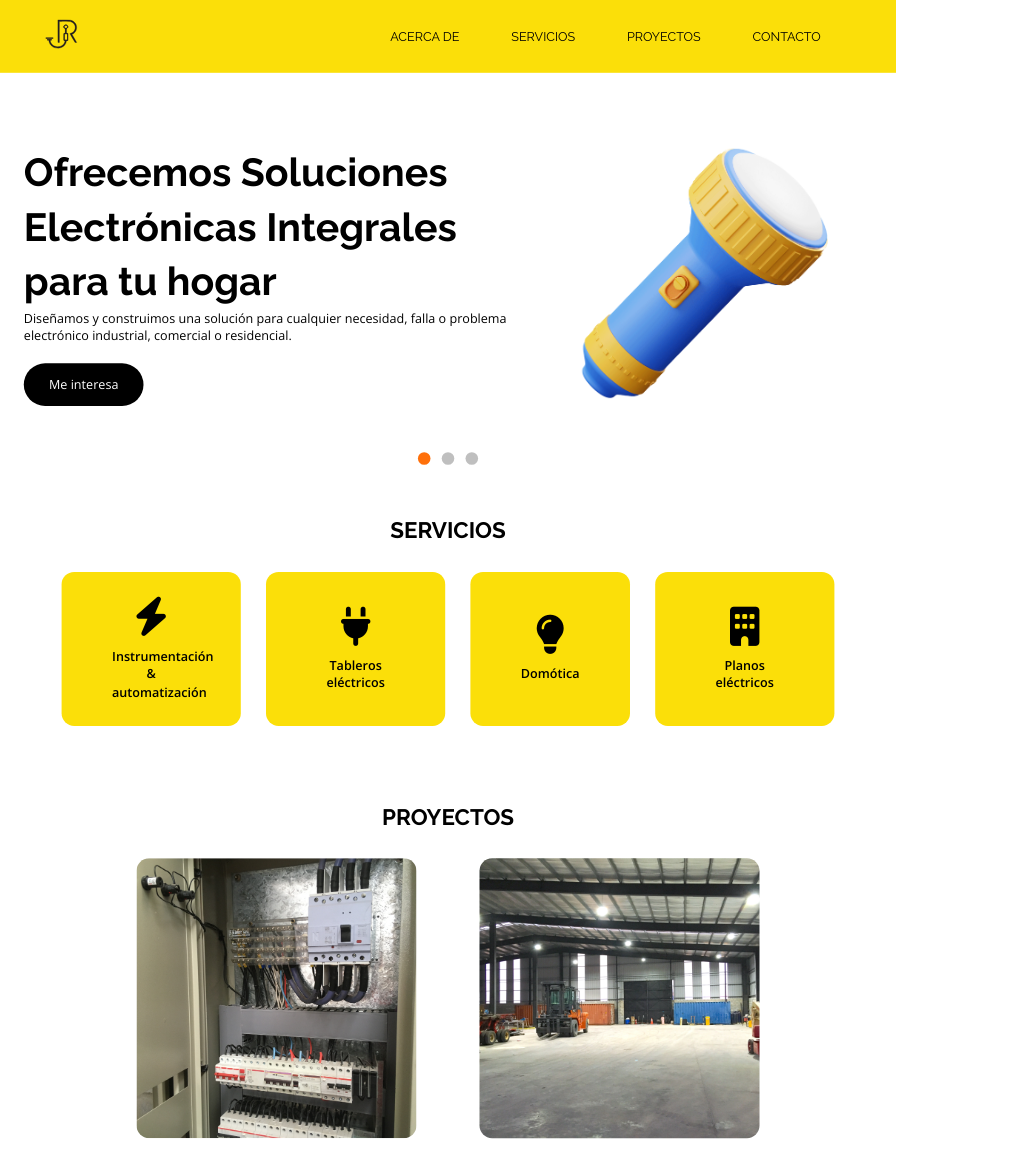
Repository: jeraldinnemg/rjelectronics
Page: index.html
These files come from the project's save history. The page is drawn as it stood at one moment and after the next save; the edit follows.
The browser window is 1280 px wide. The page is 1280 px wide, then 1444 px, then 1280 px, so the pictures cover 1444 px, including what lies to the right of the window. The pictures show the part of the page from y = 0 to 1680 px (the page is 2723 px tall before and 2736 px after), at 70% of full size.
Some web libraries are served in a nearby version.

Above is the page before, as saved 2022-07-27 21:27:18.

### index.html
<!DOCTYPE html>
<html lang="en">
<head>
    <meta charset="UTF-8">
    <meta http-equiv="X-UA-Compatible" content="IE=edge">
    <meta name="viewport" content="width=device-width, initial-scale=1.0">
    <link rel="shortcut icon" href="favicon.ico" type="image/x-icon">
    <!-- Google fonts -->
    <link rel="preconnect" href="https://fonts.googleapis.com">
    <link rel="preconnect" href="https://fonts.gstatic.com" crossorigin>
<link href="https://fonts.googleapis.com/css2?family=Open+Sans:wght@300;400;500;600&family=Raleway:wght@300;400;500;600;700;800&display=swap" rel="stylesheet">
<link rel="stylesheet" href="https://cdnjs.cloudflare.com/ajax/libs/font-awesome/6.1.1/css/all.min.css" integrity="sha512-KfkfwYDsLkIlwQp6LFnl8zNdLGxu9YAA1QvwINks4PhcElQSvqcyVLLD9aMhXd13uQjoXtEKNosOWaZqXgel0g==" crossorigin="anonymous" referrerpolicy="no-referrer" />
    <!-- Custom system -->
    <link rel="stylesheet" href="index.css">
    <script src="https://kit.fontawesome.com/05b8218d7f.js" crossorigin="anonymous"></script>


    <script src="navigation.js" defer></script>
    <script src="tabs.js" defer></script>

    <title>RJ Electronics</title>
</head>
<body>
    <header class="primary-header flex">
            <a href="#">
                <img class="logo" width="50px" height="50px"src="/img/logo.svg" alt="">
            </a>
            <button class="mobile-nav-toggle" aria-controls="primary-navigation"><span class="sr-only" aria-expanded="false">Menu</span></button>
            <nav >
                <ul class="primary-navigation flex" data-visible="false">
                    <li><a href="#" class="uppercase text-dark ff-serif">Acerca de</a></li>
                    <li><a href="#" class="uppercase text-dark ff-serif">Servicios</a></li>
                    <li><a href="#" class="uppercase text-dark ff-serif">Proyectos</a></li>
                    <li><a href="#" class="uppercase text-dark ff-serif">Contacto</a></li>
                </ul>
            </nav>
    </header>

    <main class="grid-container grid-container--home">
        <section class="hero">
            <div class="container flex">
                <!-- CTA-1 -->
                <article class="a-self" id="lampara-tab" role="tabpanel" tabindex="0">
                    <h1 class="ff-serif fs-700">Ofrecemos Soluciones Electrónicas Integrales para tu hogar</h1>
                    <p class="ff-sans fs-400">Diseñamos y construimos una solución para cualquier necesidad, falla o problema electrónico industrial, comercial o residencial.</p>
                    <a href="#" class="button"><span>Me interesa</span></a>
                </article>
                <!-- CTA-2 -->
                <article hidden class="a-self" id="destornillador-tab" role="tabpanel" tabindex="0">
                    <h2 class="ff-serif fs-700">Creamos espacios luminosos a tu medida</h2>
                    <p class="ff-sans fs-400">Nos encargamos de calcular los lumens necesarios para que obtengas un espacio con luz de calidad.</p>
                    <a href="#" class="button"><span>Ver más</span></a>
                </article>
                <!-- CTA-3 -->
                <article hidden class="a-self" id="interruptor-tab" role="tabpanel" tabindex="0">
                    <h2 class="ff-serif fs-700">Creamos ambientes inteligentes</h2>
                    <p class="ff-sans fs-400">Nos encargamos de automatizar espacios y lugares de manera fácil y rápida.</p>
                    <a href="#" class="button"><span>Me interesa</span></a>
                </article>
                <picture class= "hero__image" id="lampara-image">
                    <img src="/img/lampara.png" alt="lampara" >
                </picture>
                <picture class= "hero__image" hidden id="destornillador-image">
                    <img src="/img/destornillador.png" alt="destornillador">
                </picture>
                <picture class= "hero__image" hidden id="interruptor-image">
                    <img src="/img/interruptor.png" alt="interruptor">
                </picture>
            </div>
            <!-- Dots -->
            <div class="dot-indicators flex" role="tablist" aria-label="services list">
                <button aria-selected="true" aria-controls="lampara-tab" data-image="lampara-image" role="tab" tabindex="0"><span class="sr-only">Lampara</span></button>
                <button aria-selected="false" aria-controls="destornillador-tab" data-image="destornillador-image" role="tab" tabindex="-1"><span class="sr-only">destornillador</span></button>
                <button aria-selected="false" aria-controls="interruptor-tab" data-image="interruptor-image" role="tab" tabindex="-1"><span class="sr-only">Interruptor</span></button>
            </div>
        </section>

        <section class="services">
            <h2 class="ff-serif fs-600 uppercase">Servicios</h2>
            <div class="container">
                <article class="card flex">
                    <i class="fa-solid fa-bolt fs-700"></i>
                    <div class="card-body">
                        <h2 class="card-title fs-400">Instrumentación & automatización</h2>

                    </div>
                </article>
                <article class="card flex">
                    <i class="fa-solid fa-plug fs-700 "></i>
                    <div class="card-body">
                        <h2 class="card-title fs-400">Tableros eléctricos</h2>

                    </div>
                </article>
                <article class="card flex">
                    <i class="fa-solid fa-lightbulb fs-700"></i>
                    <div class="card-body">
                        <h2 class="card-title fs-400">Domótica</h2>

                    </div>
                </article>
                <article class="card flex">
                    <i class="fa-solid fa-building  fs-700"></i>
                    <div class="card-body">
                        <h2 class="card-title fs-400">Planos eléctricos</h2>

                    </div>
                </article>
        </div>
        </section>
        <section class="projects">
            <h2 class="ff-serif fs-600 uppercase">Proyectos</h2>
            <div class="projects-container grid-container">
                <article class="project" style="background-image: url('/img/servicio-electricidad.JPG')">
                    <div class="project-overlay">
                    <h2 class="overlay-text fs-600 uppercase" >Tablero eléctrico</h2>
                    </div>
                </article>
                <article class="project" style="background-image: url('/img/trabajos-iluminacion-galpon.JPG')">
                    <div class="project-overlay">
                        <h2 class="overlay-text fs-500 uppercase">Iluminación industrial</h2>
                    </div>
                </article>
                <article class="project" style="background-image: url('/img/iluminacion-oficinas.jpeg') ">
                    <div class="project-overlay">
                        <h2 class="overlay-text fs-500 uppercase">Iluminación de oficina</h2>
                    </div>
                </article>
                <article class="project" style="background-image: url('/img/servicios-domotica.jpg') ">
                    <div class="project-overlay">
                        <h2 class="overlay-text fs-500 uppercase">Domótica en casa</h2>
                    </div>
                </article>
        </div>
        </section>
        <section class="statics">
            <h2 class="ff-serif fs-600 uppercase">Nuestros números</h2>
            <div class="container flex" >
            <div>
                <span>+5</span>
                <p>Años de experiencia</p>
            </div>
            <div>
                <span>+40</span>
                <p>Proyectos terminados</p>
            </div>
            <div>
                <span>+20</span>
                <p>Clientes felices</p>
            </div>
        </div>
        </section>

    </main>


    <footer class="flex">
        <a href="#">
            <img class="logo" width="50px" height="50px"src="/img/logo.svg" alt="">
        </a>
        <div class="col">
            <h3>Contacto</h3>
                <p>hola@rjelectronic.com</p>
                <p>1150329541</p>
        </div>
        <div class="col">
            <h3>RRSS</h3>
                <p>hola@rjelectronic.com</p>
                <p>1150329541</p>
                <p>Content</p>
        </div>
    </footer>

</body>
</html>

### index.css
/* ----------------------- */
/* --Custom properties---- */
/* ----------------------- */

:root {
   /*colors*/
   --clr-dark: 0 0% 0%;
   --clr-main: 53 97% 51%;
   --clr-secondary: 25 100% 52%;
   --clr-white: 0 0% 100%;

/*font-sizes*/
--fs-1000: 9.375rem; /*150x*/
--fs-900: 6.25rem; /*100px*/
--fs-800: 4.5rem; /*72px*/
--fs-700: 3.5rem; /*56px*/
--fs-600: 2rem; /*32px*/
--fs-500: 1.75rem; /*28px*/
--fs-400: 1.125rem; /*18px*/
--fs-300: 1rem; /*16px*/
--fs-200: 0.875rem; /*14px*/

/*font-family*/
--ff-serif: "Raleway", serif;
--ff-sans: "Open sans", sans-serif;


}

.uppercase {
    text-transform: uppercase;
}

/* -------------- */
/* -----RESET---- */
/* -------------- */

*,
*::before,
*::after {
    box-sizing: border-box;
}

/* Reset margins */
h1,
h2,
h3,
h4,
h5,
body,
p,
picture,
figure {
    margin:0;
}

/* Set up the body  */

body {
    font-family: var(--ff-sans);
    font-size: var(--fs-400);
    color:hsl(var(--clr-dark));
    line-height: 1.4;
    min-height: 100vh;

    display: grid;
    grid-template-rows: min-content 1fr;

    overflow-x:hidden;
}

/* Make images easier to work */
img,
picture {
    max-width: 100%;
}

/* Make form elements easier to work*/
input,
select,
button,
textarea {
    font: inherit;
}

/* Remove all animations, transitions and smooth scroll for people that prefer not to see them (Accesibility Recourse piccali.li*/
@media (prefers-reduced-motion: reduce) {
    html:focus-within {
     scroll-behavior: auto;
    }

    *,
    *::before,
    *::after {
      animation-duration: 0.01ms !important;
      animation-iteration-count: 1 !important;
      transition-duration: 0.01ms !important;
      scroll-behavior: auto !important;
    }
  }

/* ------------------ */
/* -UTILITY CLASES-- */
/* ----------------- */

.flex {
    display: flex;
    gap: var(--gap, 1rem);
}

.grid {
    display: grid;
    gap: var(--gap, 1rem);
}

.a-self{
    align-self: center;
}

.container {
    padding-inline: 1em;
    margin-inline: auto;
    max-width: 80rem;

    display: flex;
    flex-direction: column;
}

.dot-indicators{
    justify-content: center;
}

.hero{
    margin-top: 2em;
}


.sr-only {
    position: absolute;
    width: 1px;
    height: 1px;
    padding: 0;
    margin: -1px;
    overflow: hidden;
    clip: rect (0,0,0,0);
    white-space: nowrap; /*added line*/
    border: 0;
}

/*Colors */

.bg-dark { background-color: hsl(var(--clr-dark));}
.bg-yellow {background-color: hsl(var(--clr-yellow));}
.bg-white { background-color: hsl(var(--clr-white));}

.text-dark { color: hsl(var(--clr-dark));}
.text-dark { color: hsl(var(--clr-dark));}
.text-dark { color: hsl(var(--clr-dark));}

/*Typography */

.ff-serif {font-family: var(--ff-serif);}
.ff-sans {font-family: var(--ff-sans);}

.letter-spacing-1  {letter-spacing: 4.75px;}
.letter-spacing-2  {letter-spacing: 2.7px;}
.letter-spacing-1  {letter-spacing: 2.35px;}

.fs-900 {font-size: var(--fs-900);}
.fs-800 {font-size: var(--fs-800);}
.fs-700 {font-size: var(--fs-700);}
.fs-600 {font-size: var(--fs-600);}
.fs-500 {font-size: var(--fs-500);}
.fs-400 {font-size: var(--fs-400);}
.fs-300 {font-size: var(--fs-300);}
.fs-200 {font-size: var(--fs-200);}

.fw-400 {font-weight: 400;}
.fw-500 {font-weight: 500;}

/* General */

.flex {
    display: flex;
    gap: var(--gap, 1rem);
}

.flex.even-columns > * {
    width: 100%;
}

.grid {
    display: grid;
    gap: var(--gap, 1rem);
}

.d-block {
    display: block;
}

/* ----------------- */
/* ---COMPONENT----- */
/* ----------------- */

/* Primary header */

.logo{
    margin: 1.5rem clamp(1.5rem, 5vw, 4rem);
}

.primary-header{
    align-items:center;
    justify-content: space-between;
    background-color: hsl(var(--clr-main));
}

.primary-navigation{
    --gap: clamp(1.5rem, 5vw, 3.5rem);
    list-style: none;
    text-decoration: none;
    padding: 0;
    margin:0;
}

.primary-navigation a, footer a{
    text-decoration: none;
    margin-right: 1em;
}

.mobile-nav-toggle{
    display: none;
}

@media(max-width:35em){
    .primary-navigation{
        --underline-gap: 0.5rem;
        position: fixed;
        inset: 0 0 0 20%;
        z-index:1000;
        padding: min(20rem, 15vh);
        margin:0;
        z-index:1000;
        list-style: none;
        flex-direction: column;
        background-color: hsl(var(--clr-main));
        transform: translateX(100%);
        transition: transform ease-in-out;

    }

    .primary-navigation[data-visible='true']{
        transform: translateX(0);
    }

    .mobile-nav-toggle {
        display: block;
        position: absolute;
        z-index:2000;
        right: 2rem;
        top: 2rem;
        background: transparent;
        background-image: url(/img/icon-hamburger.svg);
        background-repeat:no-repeat;
        background-position: center;
        width: 1.5rem;
        aspect-ratio:1;
        border: 0;
        cursor: pointer;
    }

    .mobile-nav-toggle[aria-expanded='true']{
        background-image: url(/img/icon-close.svg);
    }

    .mobile-nav-toggle:focus-visible{
        outline:5px solid white;
        outline-offset: 5px;
    }
}

@media (min-width: 35em){
    .primary-navigation{
        padding-inline: clamp(3rem, 7vw, 7rem);
    }
}

@media(min-width: 45em){
    .primary-navigation{
        margin-block:2rem;
    }
}


/* ---------- */
/* Button     */
/* --------- */

 .button {
    display: inline-flex;
	background: hsl(var(--clr-dark));
    padding: 1em 2em;
    border-radius: 2em;
    color: hsl(var(--clr-white));
	position: relative;
    text-decoration: none;
    transition: 0.3s ease all;
	position:relative;
	overflow:hidden;
    margin-top: 1.5em;
}

.button span {
	position:relative;
	z-index:2;
	transition: 0.3s ease all;
}

.button::after {
	content: "";
	width: 100%;
	height:100%;
	background: hsl(var(--clr-secondary));
	position: absolute;
	z-index: 1;
	top: -80px;
	left: 0;
	transition: 0.3s ease-in-out all;
}

.button:hover::after{
	top:0;
	}
/* ---------- */
/* Dots     */
/* --------- */

.dot-indicators > * {
        cursor: pointer;
        border: 0;
        border-radius: 50%;
        padding: .5em;
        background-color: hsl(var(--clr-dark)/ .25) ;
 }

.dot-indicators > *:hover,
.dot-indicators > *:focus {
        background-color: hsl(var(--clr-secondary)/ .5);
    }

.dot-indicators > [aria-selected="true"] {
        background-color: hsl( var(--clr-secondary) / 1);
    }

/* ---------- */
/* Card     */
/* --------- */
.card{
    background-color: hsl( var(--clr-main));
    padding: 2em 4em;
    margin: 2em 0em;
    border-radius: 1em;
    flex-direction: column;
}

i:hover{
    color: hsl( var(--clr-secondary));
}

.services, .projects, .statics{
    text-align: center;
    margin-top: 4em;
}

/* -------------------------*/
/* -------projects ----------- */
/* -------------------------*/

.projects-container{
    grid-template-columns: repeat(1, 1fr);
    margin-top: 2em;
    gap:2rem;
}

.projects-container >article{
    position: relative;

    min-width: 400px;
    min-height: 400px;
    background-size: cover;
    background-repeat: no-repeat;
    background-position: center center;
    border-radius: 1em;
}

.projects .project .project-overlay{
    width: 0%;
	height: 100%;
	position: absolute;
	bottom: 0;
	left: 0;
	right: 0;
	background: hsl( var(--clr-main));
	overflow: hidden;
    border-radius: 1em;
	transition: .5s ease;
}

.projects .project:hover .project-overlay {
    width: 100%;
    opacity: 0.8;
}

.overlay-text {
	top: 50%;
	left: 50%;

	position: absolute;
	white-space: nowrap;
	color: hsl(var(--clr-dark));
	transform: translate(-50%, -50%);
	overflow: hidden;
	border-top: 1px solid #fff;
	border-bottom: 1px solid #fff;
}

/* -------------------------*/
/* -------STATICS --------- */
/* -------------------------*/
.statics .container{
    gap:3em;
    justify-content: space-between;
}

/* -------------------------*/
/* -------FOOTER ---------- */
/* -------------------------*/
footer{
    background-color: hsl( var(--clr-main));
    color: hsl( var(--clr-dark));
    padding: 2em 0em;
}

footer p{
    font-family: var(--ff-sans-normal);
    font-size: var(--fs-100);
    margin-bottom: 1em;

}

footer h3{
    font-size: var(--fs-300);
    color: var(--clr-secundary);
    margin-bottom: 0.5em;
}

footer div:first-child{
    align-items: flex-start;
}

/* -------------------------*/
/* -------Layout----------- */
/* -------------------------*/

.grid-container {
    display: grid;
    text-align: center;
    place-items:center;
    padding-inline: 1rem;
    padding-bottom: 4rem;
}

.grid-container  p:not([class]) {
    max-width: 50ch;
}

@media (min-width: 45em){
    .grid-container {
        text-align: left;
        column-gap: var(--container-gap, 2rem);
        grid-template-columns: minmax(1rem, 1fr)
        repeat (2, minmax((0, 30rem)) minmax(1rem, 1fr));
    }
    .grid-container--home {
        padding-bottom: max(6rem, 20vh);
        align-items: left;
    }
    .container {
        flex-direction: row;
        gap: 2em;
    }

    .hero__image{
        max-width: 40%;
    }

    .card{
        max-width: 20vw;
        flex-direction: column;
        justify-content: center;
    }

    .projects-container{
        grid-template-columns: repeat(2, 2fr);
        gap: 5em;
    }













}

### navigation.js
// javascript

const nav = document.querySelector(".primary-navigation");
const navToggle = document.querySelector('.mobile-nav-toggle');


// when someone clicks the hamburguer button

navToggle.addEventListener('click', () => {

// if the nav is closed, open it

    const visibility = nav.getAttribute("data-visible");

    if (visibility === 'false') {
        nav.setAttribute('data-visible', true);
        navToggle.setAttribute('aria-expanded', true);
    } else {
        nav.setAttribute('data-visible', false);
        navToggle.setAttribute('aria-expanded', false);

    }
});

Loaded but not shown: tabs.js (81 lines, source omitted)

After the next save:
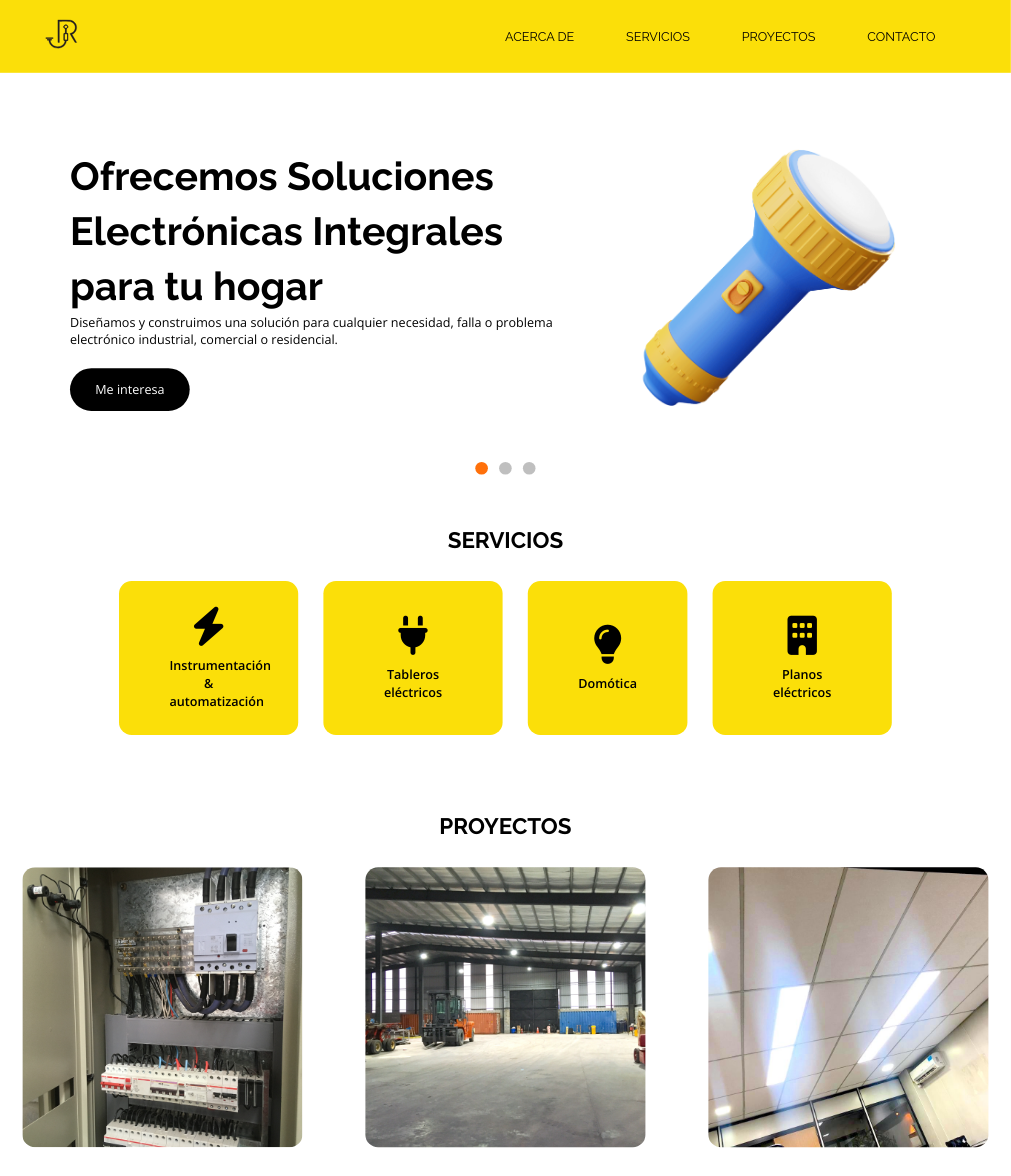
Saved 9 s later.
--- a/index.css
+++ b/index.css
@@ -500,7 +500,7 @@
     }
 
     .projects-container{
-        grid-template-columns: repeat(2, 2fr);
+        grid-template-columns: repeat(3, 2fr);
         gap: 5em;
     }
 

After the 2 saves that followed:
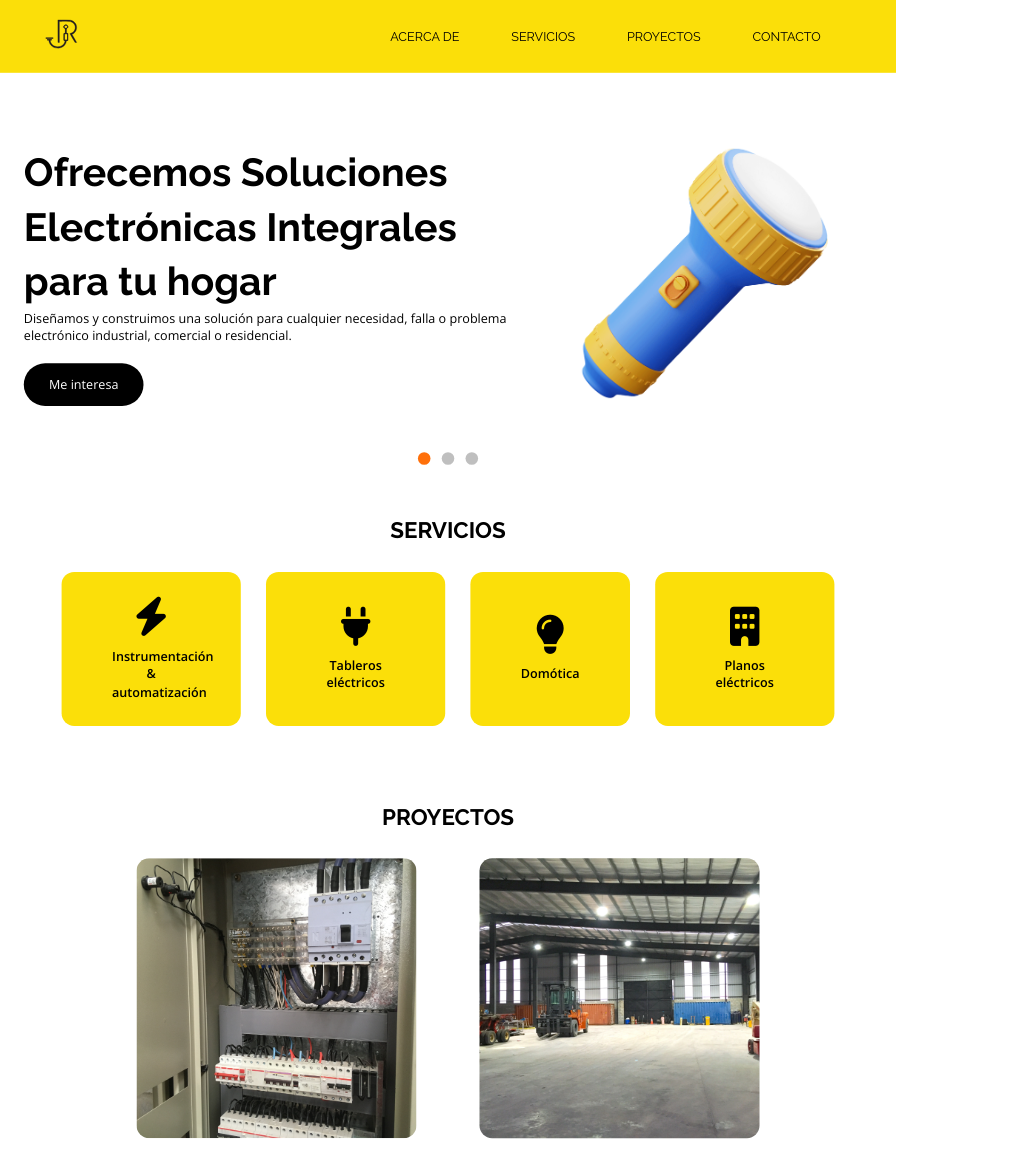
The 2 saves are shown as one change because 1 left the picture as it was.
The last was saved 15 s later.
--- a/index.css
+++ b/index.css
@@ -500,7 +500,7 @@
     }
 
     .projects-container{
-        grid-template-columns: repeat(3, 2fr);
+        grid-template-columns: repeat(2, 1fr);
         gap: 5em;
     }
 
